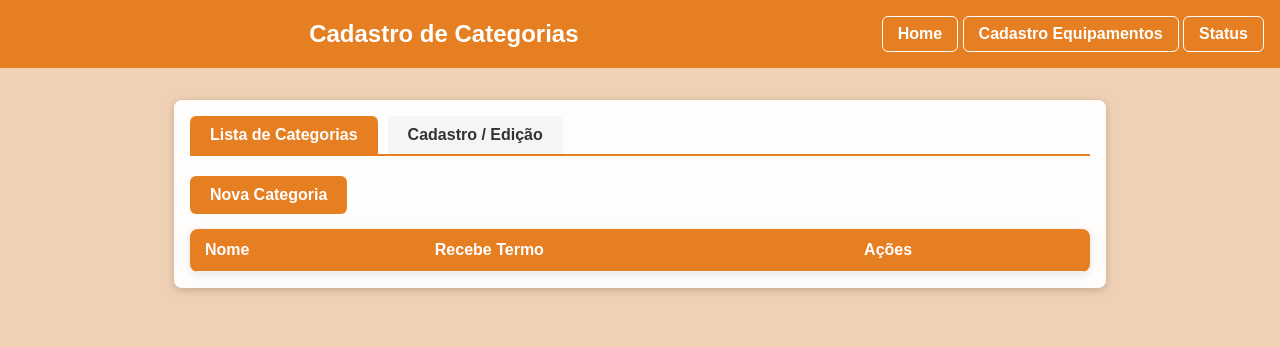
Repository: davyjales/inventario-TI
Page: categorias.html
These files come from the project's save history. The page is drawn as it stood at one moment and after the next save; the edit follows.
The browser window is 1280 px wide. The pictures show the whole page.
The page's requests for data from a server got no answer.

Above is the page before, as saved 2025-08-10 15:37:24.

After the next save:
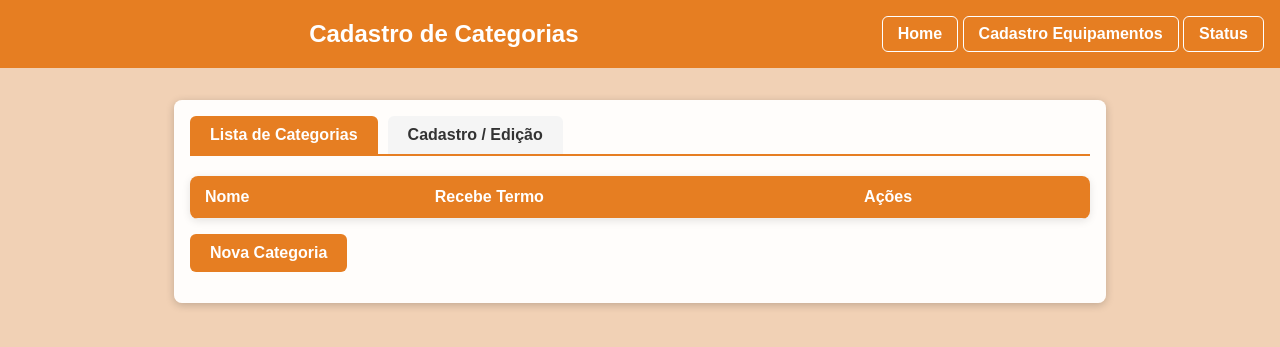
Saved 9 min 16 s later.
--- a/categorias.html
+++ b/categorias.html
@@ -160,7 +160,6 @@
     </div>
 
     <section id="tab-lista" class="tab-content active">
-      <button id="btn-nova-categoria">Nova Categoria</button>
       <table>
         <thead>
           <tr>
@@ -173,6 +172,7 @@
           <!-- Lista de categorias será inserida aqui -->
         </tbody>
       </table>
+      <button id="btn-nova-categoria" style="margin-top: 15px;">Nova Categoria</button>
     </section>
 
     <section id="tab-form" class="tab-content">
@@ -191,7 +191,7 @@
         <div id="campos-container">
           <!-- Campos dinâmicos serão adicionados aqui -->
         </div>
-        <button type="button" id="btn-adicionar-campo">Adicionar Campo</button>
+        <button type="button" id="btn-adicionar-campo" style="margin-top: 10px; margin-bottom: 20px;">Adicionar Campo</button>
 
         <div class="form-actions">
           <button type="submit" id="btn-salvar">Salvar</button>
